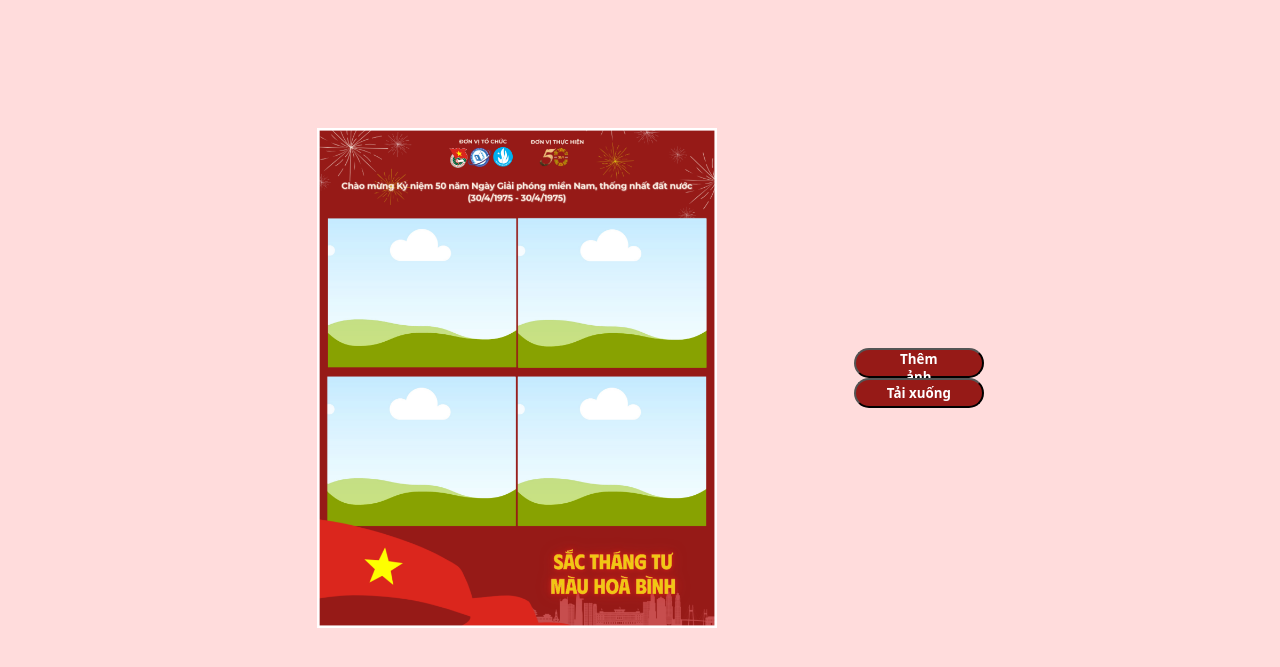
Repository: nguyentambinh/tuoitretdmu
Page: http://localhost/
The author's editor kept a copy of each file at every save. The page is drawn from the files as they stood at one save, then again after the next save.
The browser window is 1280 px wide. The pictures show the whole page.
The page is run by PHP 8.4 with error messages shown; the project is at /var/www/html/.

Above is the page before, as saved 2025-04-10 13:01:20.

After the next save:
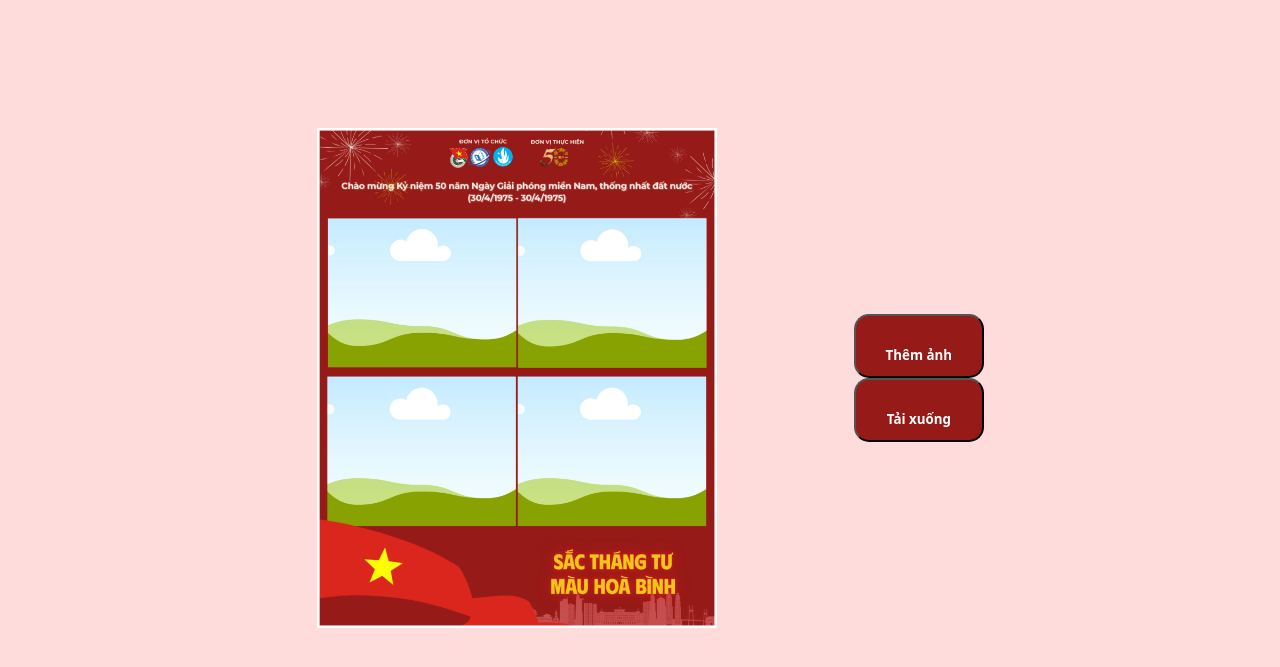
Saved 23 s later.
--- a/main.css
+++ b/main.css
@@ -40,7 +40,7 @@
     width: 70%;
     height: 30px;
     color: white;
-    padding:0 30px;
+    padding: 30px 0;
 }
 .btn-dowload-picture{
 
